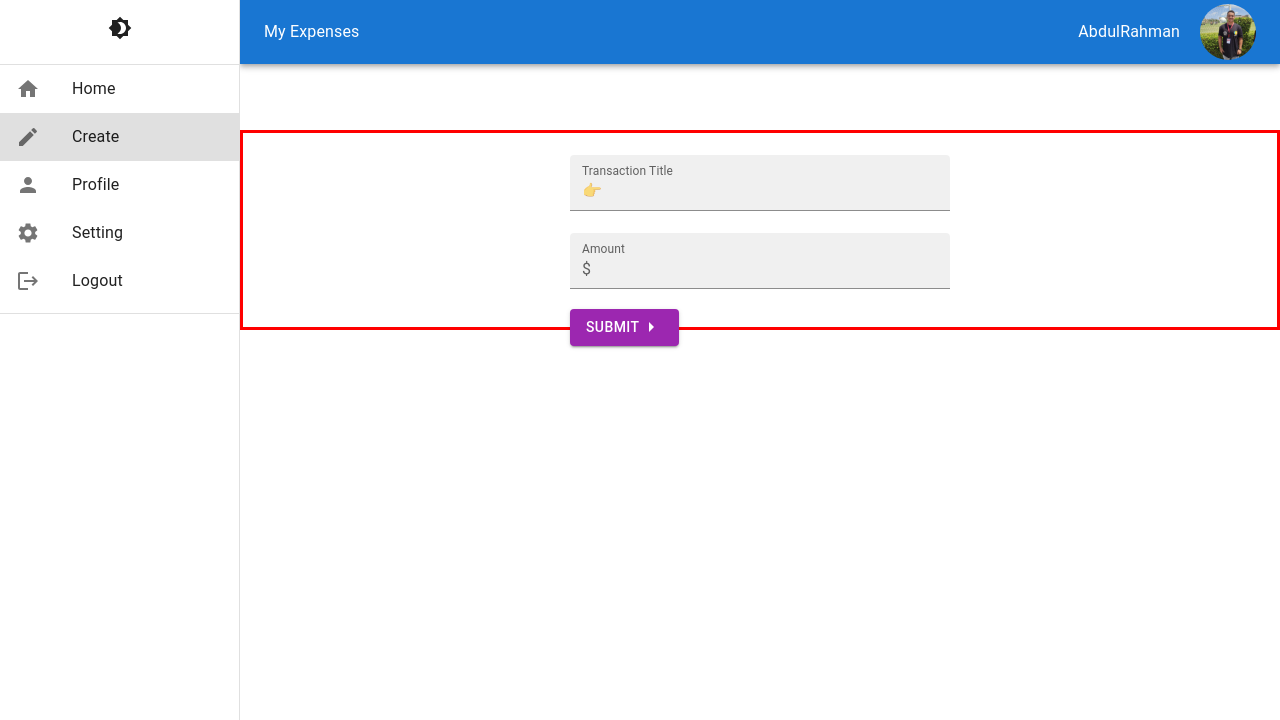
Repository: abdulrahmanmahmood/Expenses-APP
Page: /create
These files come from the project's save history. The page is drawn as it stood at one moment and after the next save; the edit follows.
The browser window is 1280 px wide. The pictures show the whole page.
The project was rebuilt for these pictures with package versions that can differ from the ones it lists, and the page was loaded fresh each time. Also part of the build but not shown: src/App.css, src/App.js. Imported but missing from the stored project, and not drawn on this page: src/pages/home/Home.

Above is the page before, as saved 2023-10-03 21:32:10.

After the next save:
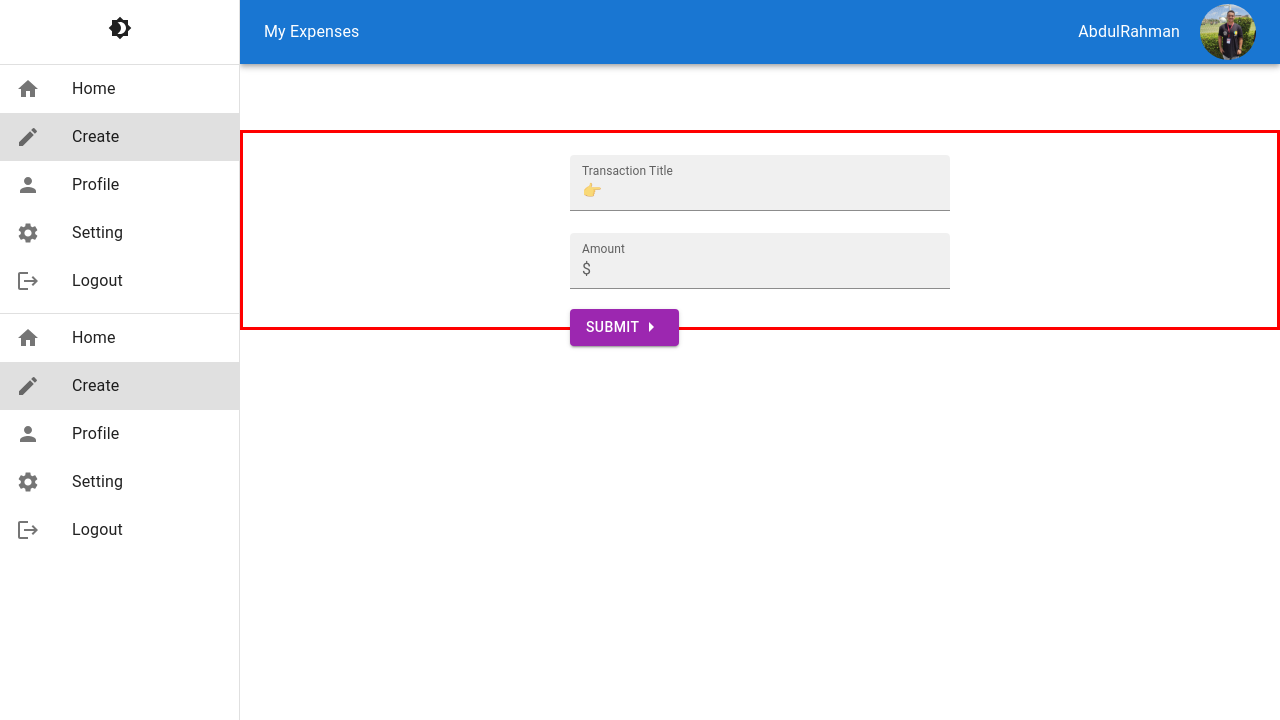
Saved 15 s later.
--- a/src/MUI-components/Drawer.jsx
+++ b/src/MUI-components/Drawer.jsx
@@ -158,6 +158,24 @@ const Drawerr = ({
       </List>
 
       <Divider />
+
+      {myList.map((item)=>(
+                  <ListItem disablePadding
+                  sx={{
+                    bgcolor:
+                      location.pathname === item.path
+                        ? theme.palette.favColor.main
+                        : null,
+                  }}
+                  >
+                  <ListItemButton>
+                    <ListItemIcon>
+                    {item.icon}
+                    </ListItemIcon>
+                    <ListItemText primary={item.text} />
+                  </ListItemButton>
+                </ListItem>
+        ))}
     </Drawer>
   );
 };
